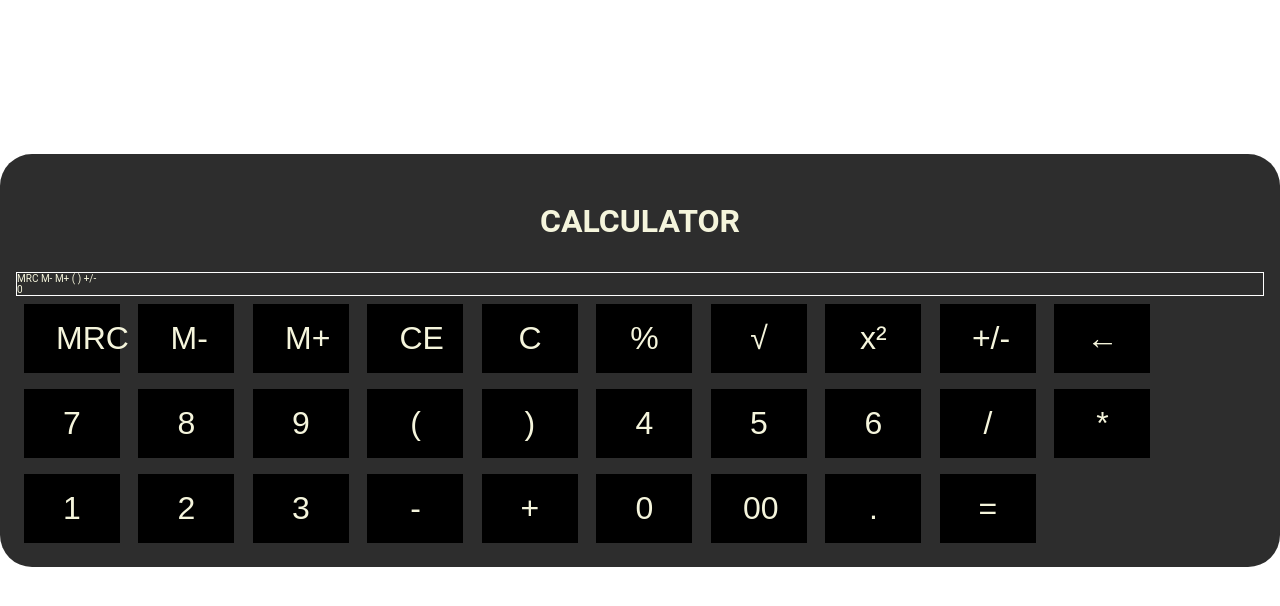
Repository: Denis793/CalculatorNew
Page: index.html
These files come from the project's save history. The page is drawn as it stood at one moment and after the next save; the edit follows.
The browser window is 1280 px wide. The pictures show the whole page.
The style sheet was rebuilt from its Sass, Less or Tailwind sources for each picture, by a compiler version that may differ from the author's.

Above is the page before, as saved 2025-05-17 17:40:25.

### index.html
<!DOCTYPE html>
<html lang="en">
  <head>
    <meta charset="UTF-8" />
    <meta name="viewport" content="width=device-width, initial-scale=1.0" />
    <title>Calculator</title>
    <link rel="stylesheet" href="./app/style/css/main.css" />
  </head>
  <body>
    <div class="calculatorContainer">
      <h1>Calculator</h1>

      <div class="display">
        <div class="indicators">
          <span class="indicator" data-key="MRC">MRC</span>
          <span class="indicator" data-key="M-">M-</span>
          <span class="indicator" data-key="M+">M+</span>
          <span class="indicator" data-key="()">( )</span>
          <span class="indicator" data-key="+/-">+/-</span>
        </div>

        <ul id="historyList"></ul>

        <div class="previous"></div>
        <div class="current"></div>
      </div>

      <div class="keypad">
        <button class="button">MRC</button>
        <button class="button">M-</button>
        <button class="button">M+</button>
        <button class="button">CE</button>
        <button class="button ac">C</button>

        <button class="button">%</button>
        <button class="button">√</button>
        <button class="button">x²</button>
        <button class="button">+/-</button>
        <button class="button">←</button>

        <button class="button">7</button>
        <button class="button">8</button>
        <button class="button">9</button>
        <button class="button">(</button>
        <button class="button">)</button>

        <button class="button">4</button>
        <button class="button">5</button>
        <button class="button">6</button>
        <button class="button">/</button>
        <button class="button">*</button>

        <button class="button">1</button>
        <button class="button">2</button>
        <button class="button">3</button>
        <button class="button">-</button>
        <button class="button plus">+</button>

        <button class="button">0</button>
        <button class="button">00</button>
        <button class="button">.</button>
        <button class="button">=</button>
      </div>
    </div>
    <script type="module" src="./app/js/main.js"></script>
  </body>
</html>

### app/js/main.js
import { initializeCalculator } from './state.js';
import './memory.js';
import './operations.js';
import './equals.js';
import './formatter.js';
import './history.js';
import './inputHandler.js';

initializeCalculator();

### app/js/state.js
import { handleMemory } from './memory.js';
import { handleOperations } from './operations.js';
import { handleEquals } from './equals.js';
import { handleInput } from './inputHandler.js';

export const state = {
  expression: '',
  memory: 0,
  memoryLog: [],
  memoryActive: false,

  finish: false,
  lastOperator: '',
  lastOperand: '',
  history: [],
  MAX_LENGTH: 12,
  displayPrev: document.querySelector('.previous'),
  displayCurr: document.querySelector('.current'),
  buttons: document.querySelector('.keypad'),
  historyList: document.getElementById('historyList'),
  lastFunction: '',
  parenthesesCount: 0,
};

export function clearAll() {
  state.expression = '';
  state.finish = false;
  state.lastOperator = '';
  state.lastOperand = '';
  state.lastFunction = '';
  state.parenthesesCount = 0;
  state.displayCurr.textContent = '0';
  state.displayPrev.textContent = '';
  state.historyList.innerHTML = '';
  state.history = [];
  state.memoryActive = false;

  document.querySelectorAll('.button').forEach((btn) => btn.classList.remove('active-operator'));
  document.querySelectorAll('.indicator').forEach((i) => i.classList.remove('active'));
}

export function initializeCalculator() {
  clearAll();

  document.querySelector('.ac').addEventListener('click', clearAll);

  state.buttons.addEventListener('click', (e) => {
    const btn = e.target;
    if (!btn.classList.contains('button')) return;

    const key = btn.textContent;

    const specialKeys = ['MRC', 'M-', 'M+', '+/-', '√'];
    if (specialKeys.includes(key)) {
      document.querySelectorAll('.indicator').forEach((i) => {
        const keep = i.dataset.key === '()' && state.parenthesesCount > 0;
        if (!keep) i.classList.remove('active');
      });
      const indicator = document.querySelector(`.indicator[data-key="${key}"]`);
      if (indicator) indicator.classList.add('active');
    }

    if (handleMemory(key)) return;
    if (handleOperations(key)) return;
    if (handleEquals(key)) return;
    if (handleInput(key)) return;
  });
}

### app/js/memory.js
import { state } from './state.js';
import { formatExpression } from './formatter.js';

export function handleMemory(key) {
  if (!state.memoryLog) state.memoryLog = [];

  if (key === 'MRC') {
    const indicator = document.querySelector('.indicator[data-key="MRC"]');
    if (state.memoryActive) {
      state.memoryActive = false;
      if (indicator) indicator.classList.remove('active');
    } else {
      state.displayCurr.textContent = formatExpression(state.memory.toString());
      state.expression = state.memory.toString();
      state.finish = false;
      state.memoryActive = true;
      if (indicator) indicator.classList.add('active');
    }
    return true;
  }

  if (key === 'M+') {
    const value = parseFloat(state.displayCurr.textContent.replace(/\s/g, '')) || 0;
    state.memory += value;
    state.memoryLog.push(`+${value}`);
    if (state.memoryLog.length > 5) state.memoryLog.shift();
    state.memoryActive = true;
    const indicator = document.querySelector('.indicator[data-key="MRC"]');
    if (indicator) indicator.classList.add('active');
    return true;
  }

  if (key === 'M-') {
    const value = parseFloat(state.displayCurr.textContent.replace(/\s/g, '')) || 0;
    state.memory -= value;
    state.memoryLog.push(`-${value}`);
    if (state.memoryLog.length > 5) state.memoryLog.shift();
    state.memoryActive = true;
    const indicator = document.querySelector('.indicator[data-key="MRC"]');
    if (indicator) indicator.classList.add('active');
    return true;
  }

  return false;
}

### app/js/operations.js
import { state, clearAll } from './state.js';
import { formatExpression } from './formatter.js';

export function handleOperations(key) {
  if (key === '+/-') {
    if (state.displayCurr.textContent === '0') return true;
    if (state.finish) {
      state.expression = (-parseFloat(state.displayCurr.textContent.replace(/\s/g, ''))).toString();
      state.finish = false;
    } else {
      const match = state.expression.match(/(-?\d+\.?\d*)$/);
      if (match) {
        const num = match[0];
        const inverted = (-parseFloat(num)).toString();
        state.expression = state.expression.slice(0, -num.length) + inverted;
      } else {
        state.expression = '-' + state.expression;
      }
    }
    state.displayCurr.textContent = formatExpression(state.expression);
    return true;
  }

  if (key === '←') {
    if (state.finish) return true;
    state.expression = state.expression.slice(0, -1);
    state.displayCurr.textContent = formatExpression(state.expression) || '0';
    return true;
  }

  if (key === '%') {
    state.expression += '/100';
    state.displayCurr.textContent = formatExpression(state.expression);
    return true;
  }

  if (key === '√') {
    if (state.expression === '') return true;
    const original = state.expression;
    const result = Math.sqrt(eval(original));
    const visible = `√${original}`;
    state.expression = result.toString();
    state.displayCurr.textContent = formatExpression(state.expression);
    state.displayPrev.textContent = visible;
    state.lastFunction = 'sqrt';
    state.lastOperator = '';
    state.lastOperand = '';
    state.finish = true;
    const indicator = document.querySelector(`.indicator[data-key="√"]`);
    if (indicator) indicator.classList.add('active');
    return true;
  }

  if (key === '(') {
    const lastChar = state.expression.slice(-1);
    if (/\d|\)/.test(lastChar)) return true;

    if (state.finish) {
      state.expression = '';
      state.finish = false;
    }

    state.expression += key;
    state.displayCurr.textContent = formatExpression(state.expression);
    state.parenthesesCount++;

    const indicator = document.querySelector('.indicator[data-key="()"]');
    if (indicator) indicator.classList.add('active');

    return true;
  }

  if (key === ')') {
    if (state.finish) {
      state.expression = '';
      state.finish = false;
    }
    state.expression += key;
    state.displayCurr.textContent = formatExpression(state.expression);
    if (state.parenthesesCount > 0) {
      state.parenthesesCount--;
      if (state.parenthesesCount === 0) {
        const indicator = document.querySelector(`.indicator[data-key="()"]`);
        if (indicator) indicator.classList.remove('active');
      }
    }
    return true;
  }

  if (key === 'x²') {
    const value = eval(state.expression || '0');
    const result = value ** 2;
    const visible = `${value}²`;
    state.expression = result.toString();
    state.displayCurr.textContent = formatExpression(state.expression);
    state.displayPrev.textContent = visible;
    state.lastFunction = 'square';
    state.lastOperator = '';
    state.lastOperand = '';
    state.finish = true;
    return true;
  }

  if (key === 'CE') {
    const match = state.expression.match(/.*?(?:[+\-*/(]|^)([\d.]+)$/);
    if (match) {
      state.expression = state.expression.slice(0, -match[1].length);
    } else {
      state.expression = '';
    }
    state.lastFunction = '';
    state.displayCurr.textContent = formatExpression(state.expression) || '0';
    document.querySelectorAll('.indicator').forEach((i) => i.classList.remove('active'));
    return true;
  }

  if (key === 'C') {
    clearAll();
    return true;
  }

  return false;
}

### app/js/equals.js
import { state } from './state.js';
import { formatExpression } from './formatter.js';
import { addToHistory } from './history.js';

export function handleEquals(key) {
  if (key !== '=') return false;

  try {
    const open = (state.expression.match(/\(/g) || []).length;
    const close = (state.expression.match(/\)/g) || []).length;
    if (open !== close) return true;

    if (!state.finish) {
      const result = eval(state.expression);
      const match = state.expression.match(/(.+)([+\-*/])\s*(-?\d+\.?\d*)$/);

      if (match) {
        state.lastOperator = match[2];
        state.lastOperand = match[3];
      } else {
        state.lastOperator = '';
        state.lastOperand = '';
      }

      const visible = state.displayPrev.textContent || state.expression;

      state.displayCurr.textContent = formatExpression(result.toString());
      state.expression = result.toString();
      state.finish = true;
      state.displayPrev.textContent = '';

      const containsOperator = /[+\-*/()]|Math\.sqrt|%/.test(visible);
      const isSame = visible.replace(/\s/g, '') === result.toString();

      if (containsOperator && !isSame) {
        addToHistory(`${visible} = ${result}`);
      }
    } else if (state.lastFunction === 'sqrt' && state.finish) {
      const value = parseFloat(state.expression);
      const result = Math.sqrt(value);
      const visible = `√${value}`;
      state.displayCurr.textContent = formatExpression(result.toString());
      state.expression = result.toString();
      state.displayPrev.textContent = visible;
      addToHistory(`${visible} = ${result}`);
      return true;
    } else if (state.lastOperator && state.lastOperand) {
      state.expression = `${state.expression}${state.lastOperator}${state.lastOperand}`;
      const result = eval(state.expression);
      state.displayCurr.textContent = formatExpression(result.toString());
      state.expression = result.toString();
      addToHistory(`${state.expression} = ${result}`);
    }
  } catch {
    return true;
  }

  return true;
}

### app/js/formatter.js
export function formatExpression(expression) {
  return expression.replace(/\d+/g, (match) => {
    return Number(match).toLocaleString('en-US').replace(/,/g, ' ');
  });
}

### app/js/history.js
import { state } from './state.js';

export function addToHistory(item) {
  state.history.push(item);
  if (state.history.length > 3) state.history.shift();

  state.historyList.innerHTML = '';
  state.history.forEach((entry) => {
    const li = document.createElement('li');
    li.textContent = entry;
    state.historyList.appendChild(li);
  });
}

### app/js/inputHandler.js
import { state } from './state.js';
import { formatExpression } from './formatter.js';

export function handleInput(key) {
  const allowed = ['0', '1', '2', '3', '4', '5', '6', '7', '8', '9', '.', '+', '-', '*', '/', '00'];
  if (!allowed.includes(key)) return false;

  if (state.finish) {
    if (!isNaN(key) || key === '(') state.expression = '';
    state.finish = false;
  }

  const digitsOnly = state.expression.replace(/\D/g, '');
  if (digitsOnly.length >= state.MAX_LENGTH) return true;

  if (state.displayCurr.textContent === '0' && !isNaN(key)) {
    state.expression = key;
  } else {
    state.expression += key;
  }

  state.displayCurr.textContent = formatExpression(state.expression);
  return true;
}

### app/style/scss/main.scss
@use 'reset' as *;

.calculatorContainer {
  display: flex;
  flex-direction: column;
  align-items: center;
  background: #2d2d2d;
  border-radius: 2rem;
  padding: 1rem;
}

h1 {
  font-size: 2rem;
  text-transform: uppercase;
  margin: 2rem;
}

.display {
  width: 100%;
  border: 1px solid #fff;
}

button {
  width: 6rem;
  padding: 1rem 2rem;
  text-align: center;
  margin: 0.5rem;
  border: none;
  background: #000;
  font-size: 2rem;
}

### app/style/scss/_reset.scss
* {
  margin: 0;
  padding: 0;
  box-sizing: border-box;
  color: beige;
}

body {
  font-family: 'Roboto', sans-serif;
  font-size: 10px;
  height: 100vh;
  display: flex;
  justify-content: center;
  align-items: center;
}

After the next save:
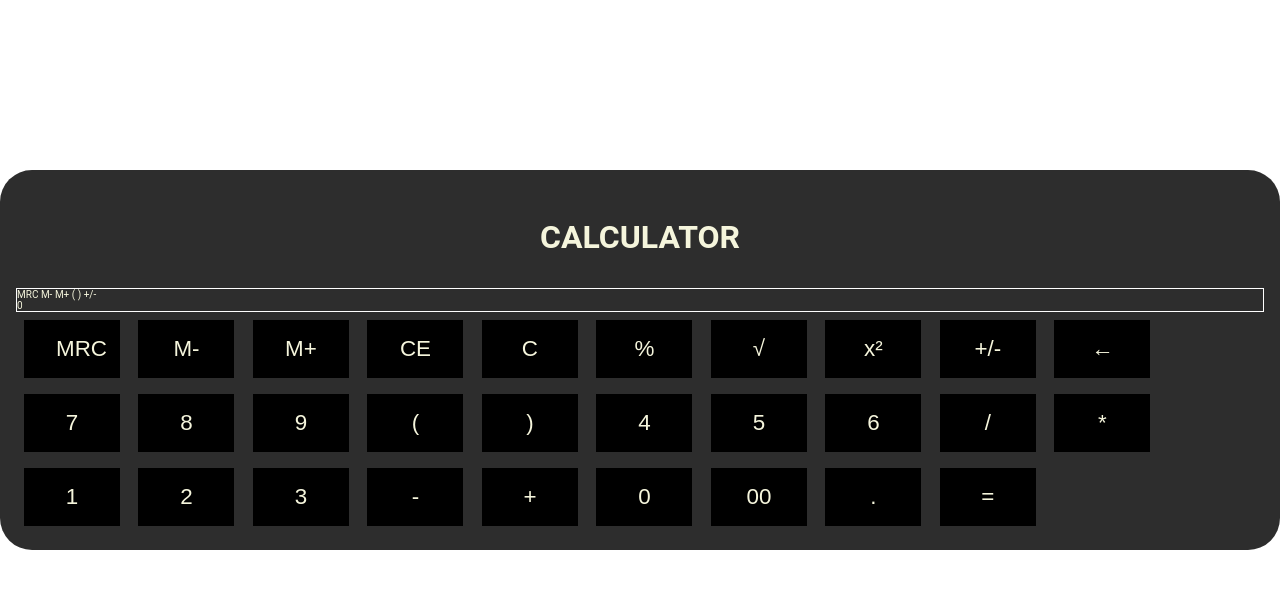
Saved 16 s later.
--- a/app/style/scss/main.scss
+++ b/app/style/scss/main.scss
@@ -27,5 +27,5 @@ button {
   margin: 0.5rem;
   border: none;
   background: #000;
-  font-size: 2rem;
+  font-size: 1.4rem;
 }
